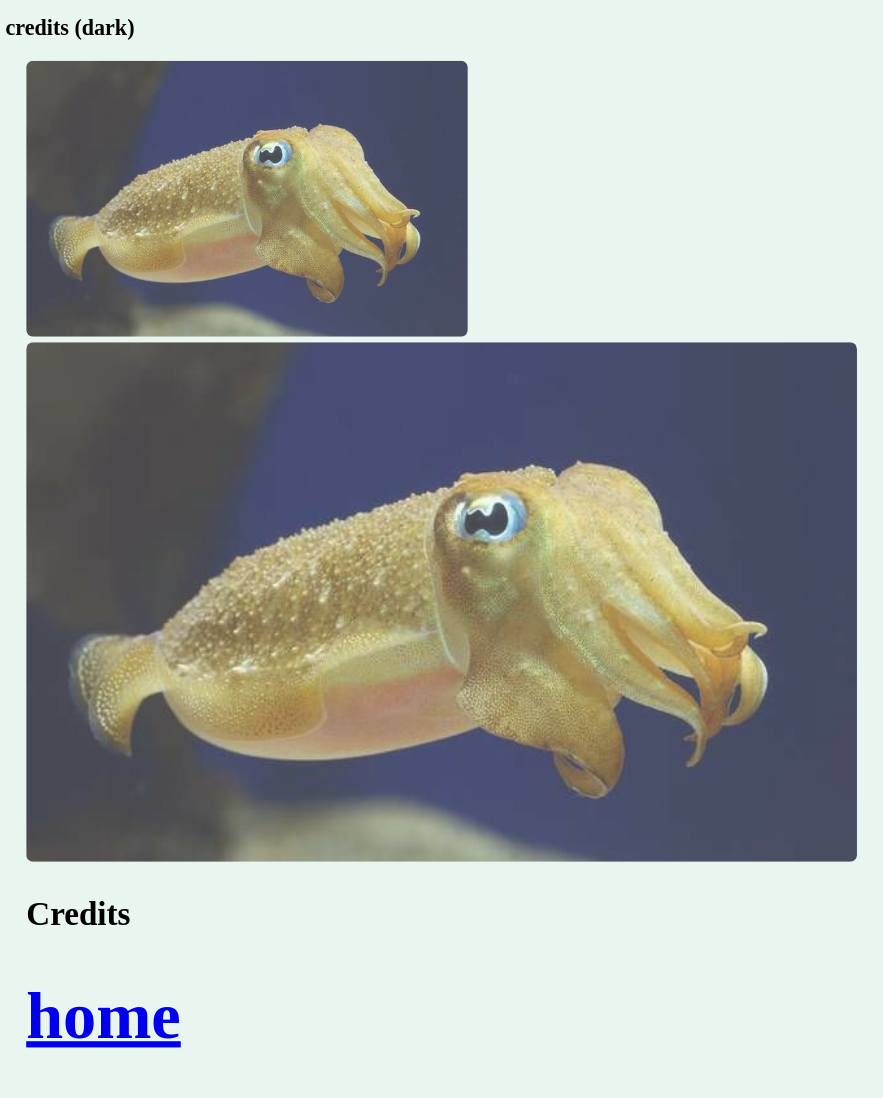
Repository: neomort/comm-lab-vid-site
Page: credits.html
An editor plug-in stored every save of this project. The page is shown before and after the next save, followed by the edit.
The browser window is 1280 px wide. The pictures show the whole page, at 69% of full size.

Above is the page before, as saved 2021-09-23 02:42:06.

After the next save:
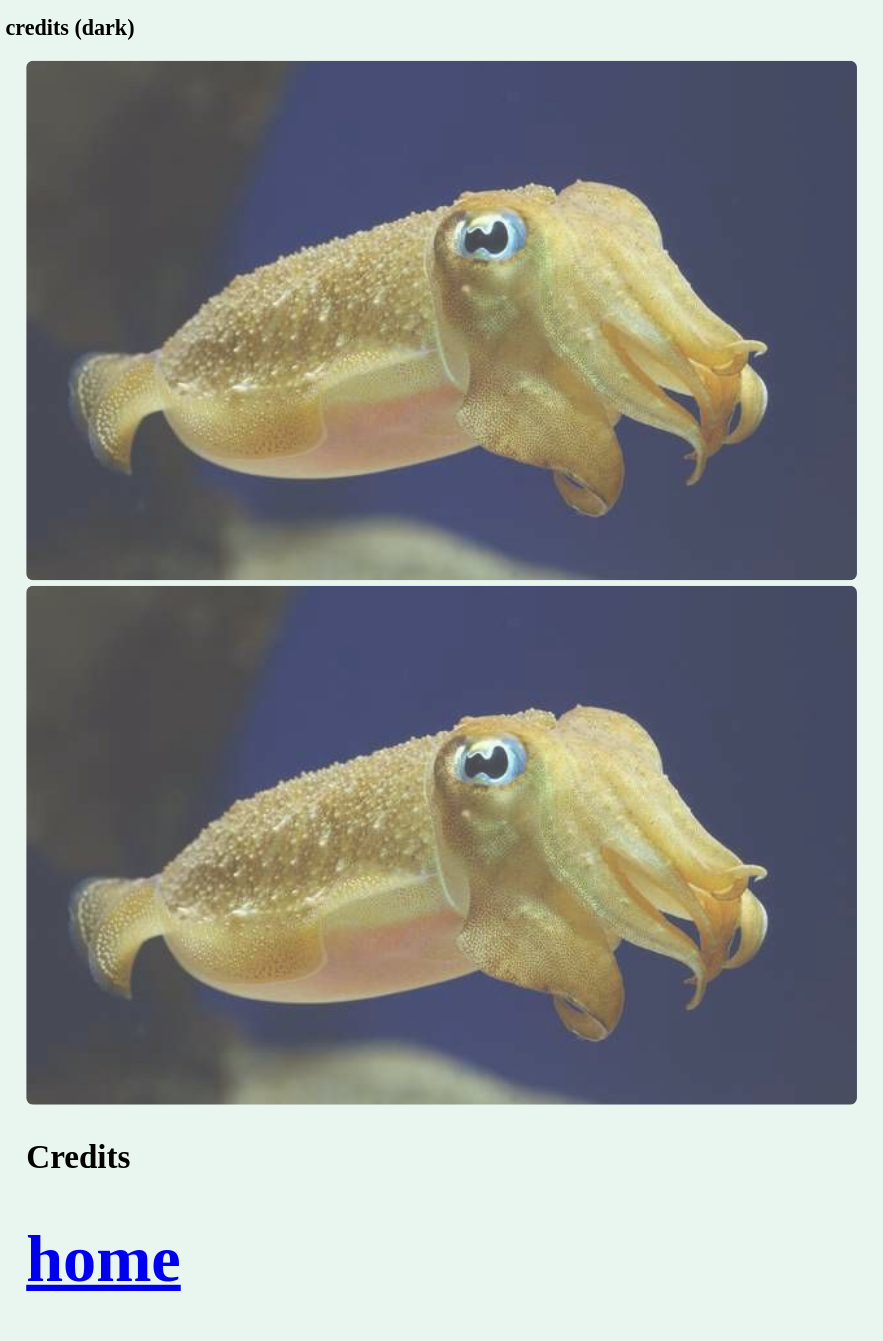
Saved 13 s later.
--- a/credits.html
+++ b/credits.html
@@ -11,7 +11,7 @@
     <H1>credits (dark)<H1>
     <div class="default-margin">
       <div class="row">
-        <a href="watch.html">
+        <a class="bar" href="watch.html">
          <div class="container bar">
           <img class="image-1" src="images/cuddle.jpg" />
           <H1 class="font centered-text text-light show">Watch</H1>
